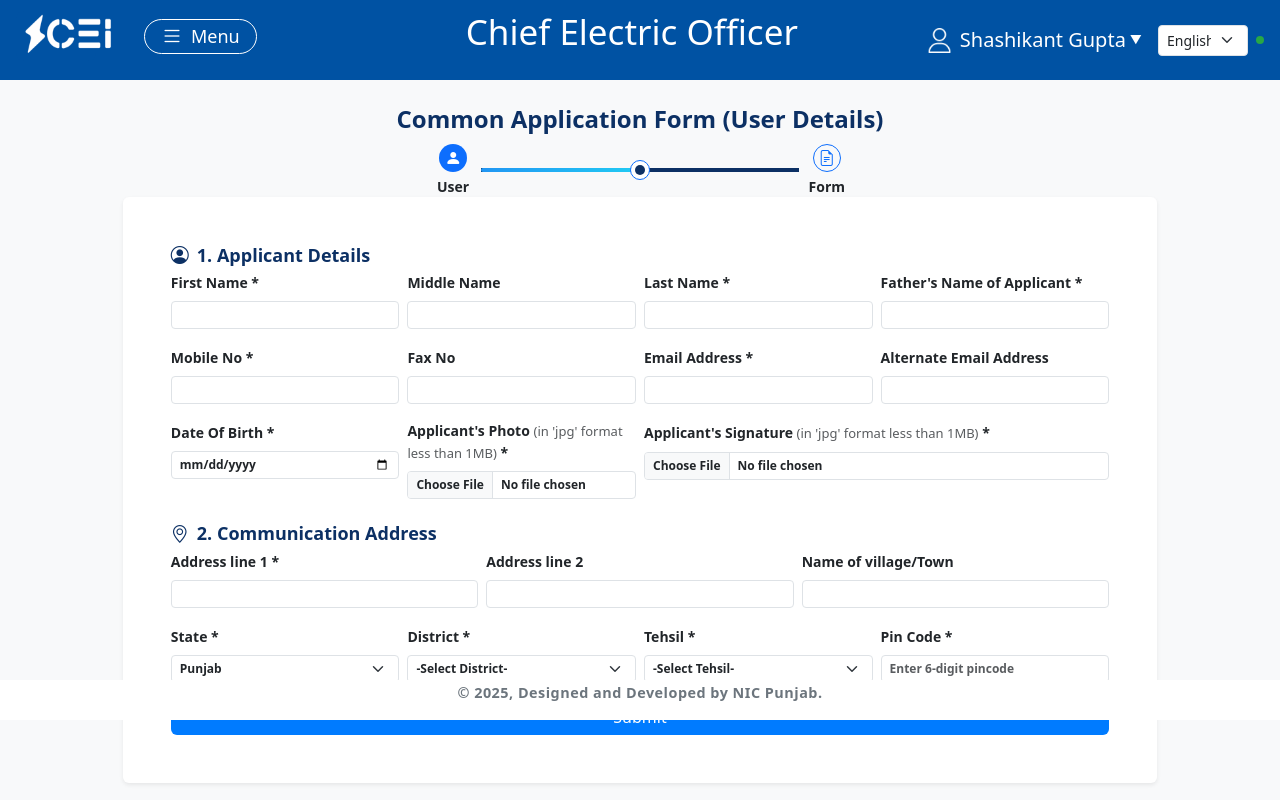
Repository: shashikantdev93-gif/CEI-sept
Page: /RegisterationForm
These files come from the project's save history. The page is drawn as it stood at one moment and after the next save; the edit follows.
The browser window is 1280 px wide. The pictures show the whole page.
The page's requests for data from a server got no answer. The project was rebuilt for these pictures with package versions that can differ from the ones it lists, and the page was loaded fresh each time. No one was signed in, and anything a server would have sent is missing. Also part of the build but not shown: vite.config.ts, src/styles/sidebar-zoom.css, src/components/PageComponent/Sidebar.tsx, src/components/PageComponent/Header2.tsx, src/components/PageComponent/PageHeader.tsx, src/components/Illustration/Illustration.tsx, src/components/CardContainer/CardContainer.tsx, src/hooks/useFormValidation.ts and 8 more. Imported but missing from the stored project, and not drawn on this page: src/components/ui.

Above is the page before, as saved 2025-07-28 08:51:52.

### src/index.css
:root {
  font-family: Inter, -apple-system, BlinkMacSystemFont, "Segoe UI", Roboto, "Helvetica Neue", Arial, sans-serif, "Apple Color Emoji", "Segoe UI Emoji", "Segoe UI Symbol";
  line-height: 1.5;
  font-weight: 400;

  color-scheme: light dark;
  color: rgba(255, 255, 255, 0.87);
  background-color: #242424;

  font-synthesis: none;
  text-rendering: optimizeLegibility;
  -webkit-font-smoothing: antialiased;
  -moz-osx-font-smoothing: grayscale;
}

a {
  font-weight: 500;
  color: #646cff;
  text-decoration: inherit;
}
a:hover {
  color: #535bf2;
}

/* Global Reset */
*, *::before, *::after {
  margin: 0;
  padding: 0;
  box-sizing: border-box;
}

html, body {
  margin: 0;
  padding: 0;
  width: 100%;
  height: 100%;
}

body {
  margin: 0;
  padding: 0;
}

h1 {
  font-size: 3.2em;
  line-height: 1.1;
}

button {
  border-radius: 8px;
  border: 1px solid transparent;
  padding: 0.6em 1.2em;
  font-size: 1em;
  font-weight: 500;
  font-family: inherit;
  background-color: #1a1a1a;
  cursor: pointer;
  transition: border-color 0.25s;
}
button:hover {
  border-color: #646cff;
}
button:focus,
button:focus-visible {
  outline: 4px auto -webkit-focus-ring-color;
}

@media (prefers-color-scheme: light) {
  :root {
    color: #213547;
    background-color: #ffffff;
  }
  a:hover {
    color: #747bff;
  }
  button {
    background-color: #f9f9f9;
  }
}

### src/App.tsx
import Router from "./router/router";
import './App.css'
import './styles/main.css'
import "bootstrap-icons/font/bootstrap-icons.css";

function App() {

  return <Router />;

}

export default App

### src/router/router.tsx

import { BrowserRouter as Router, Routes, Route } from "react-router-dom";
import BaseLayout from "../layouts/BaseLayout";
import Login from "../pages/login/login";
import Signup from "../pages/signup/signup";
import Register from "../pages/register/register";


const RouterPage = () => (
  <Router>
    <Routes>
      <Route path="/" element={<Login />} />
      <Route path="/login" element={<Login />} />
      <Route path="/signup" element={<Signup />} />
      <Route
        path="/RegisterationForm"
        element={
          <BaseLayout headerType="Header1">
            <Register />
          </BaseLayout>
        }
      />
    </Routes>
  </Router>
);

export default RouterPage;

### src/App.css
#root {
  margin: 0;
  padding: 0;
  width: 100%;
  height: 100%;
}

.logo {
  height: 6em;
  padding: 1.5em;
  will-change: filter;
  transition: filter 300ms;
}
.logo:hover {
  filter: drop-shadow(0 0 2em #646cffaa);
}
.logo.react:hover {
  filter: drop-shadow(0 0 2em #61dafbaa);
}

@keyframes logo-spin {
  from {
    transform: rotate(0deg);
  }
  to {
    transform: rotate(360deg);
  }
}

@media (prefers-reduced-motion: no-preference) {
  a:nth-of-type(2) .logo {
    animation: logo-spin infinite 20s linear;
  }
}

.card {
  padding: 2em;
}

.read-the-docs {
  color: #888;
}

### src/styles/main.css

/***************************/
  /***** Login Page *****/
/**************************/
.login-bg {
  background: linear-gradient(135deg, #f5f7fa 0%, #c3cfe2 100%);
  font-family: Inter, -apple-system, BlinkMacSystemFont, "Segoe UI", Roboto, "Helvetica Neue", Arial, sans-serif;
  width: 100vw;
  height: 100vh;
  margin: 0;
  padding: 2px;
}

.login-left {
  padding-left: 1.5rem !important;
  padding-right: 1.5rem !important;
  padding-top: .1rem !important;
  padding-bottom: .1rem !important;
}

.login-logo-box {
  height: 50px;
  margin-bottom: 30px;
  width: 110px;
  background-color: #0c3064;
  border-radius: 8px;
  display: flex;
  align-items: center;
}

.login-signup-link {
  text-decoration: none;
  font-size: 14px;
}

.login-divider {
  width: 1px;
  background: #e0e0e0;
  min-height: 5%;
  margin: 0 0px;
}

.login-right {
  background-color: #f8f9fa;
}


/******************************************/
/* Signup page logo box - desktop styles */
/*****************************************/

.signup-logo-box {
  height: 50px;
  margin-bottom: 30px;
  width: 75px;
  background-color: #0c3064;
  border-radius: 8px;
  display: flex;
  align-items: center;
}


.card-container {
  max-width: 1000px;
  min-width: 700px;
}

/*********************/
/* Registeration Page */
/*********************/
.registeration-bg {
  --bs-font-size-sm: 16px;
}

.registeration-bg .fw-semibold {
  font-weight: 700 !important;
}

.registeration-bg .small {
  font-size: 14px !important;
}

.registeration-bg .form-control,
.registeration-bg .form-select {
  font-size: 12px !important;
  font-weight: 700 !important;
}

.registeration-bg .text-muted {
  font-size: 13px !important;
  font-weight: 400 !important;
}

.registeration-bg h6 {
  font-size: 18px !important;
  font-weight: 700 !important;
}

.registeration-bg h4 {
  font-size: 24px !important;
  font-weight: 700 !important;
}

.registeration-logo-box {
  border-radius: 8px;
  display: flex;
  align-items: center;
  background-color: #0c3064;
  width:80px
}

@media (max-width: 575.98px) {

  .card-container {
    max-width: 100% !important;
    min-width: 100% !important;
    padding: 0.5rem !important;
  }


  .login-bg {
    padding: 8px !important;
  }


  .container .row .login-left,
  .container .row .col-md-7.login-left,
  div.row div.col-md-7 {
    padding: 0rem !important;
    max-width: 100% !important;
    flex: 0 0 100% !important;
    width: 100% !important;
    margin-left: 0 !important;
    margin-right: 0 !important;
    gap:15px;
  }


  .login-divider {
    display: none !important;
  }

  .container .row .login-right,
  .container .row .col-md-4.login-right,
  div.row div.col-md-4,
  .col-md-4.login-right {
    display: none !important;
    visibility: hidden !important;
    width: 0 !important;
    flex: 0 0 0% !important;
    max-width: 0 !important;
    overflow: hidden !important;
  }


  .login-logo-box {
    width: 100% !important;
    height: auto !important;
    margin-bottom: 20px !important;
    flex-direction: column !important;
    padding: 10px !important;
  }


  .login-logo-box .mb-4 {
    margin-bottom: 0 !important;
    flex-direction: column !important;
    align-items: center !important;
    text-align: center !important;
    gap: 20px !important;
  }


  .login-logo-box img {
    margin: 0 !important;
    margin-bottom: 8px !important;
  }


  .login-logo-box span {
    margin: 0 !important;
    text-align: center !important;
    font-size: 18px !important;
  }


  .login-logo-box div {
    flex-direction: column !important;
    align-items: center !important;
    text-align: center !important;
  }

  .login-logo-box div img {
    margin: 0 0 8px 0 !important;
  }

  .login-logo-box div span {
    margin: 0 !important;
    font-size: 20px !important;
    line-height: 1.2 !important;
    text-align: center !important;
    color: white !important;
  }


  .login-signup-link {
    font-size: 12px !important;
  }


  .card,
  .row {
    width: 100% !important;
    max-width: 100% !important;
  }

  [class*="col-md-4"] {
    display: none !important;
  }

  [class*="col-md-7"] {
    flex: 0 0 100% !important;
    max-width: 100% !important;
    width: 100% !important;
  }

  .signup-logo-box {
    width: 100% !important;
    height: 100px !important;
    margin-bottom: 20px !important;
    flex-direction: column !important;
    padding: 10px !important;
    margin-top: 10px;
  }

  .signup-logo-box .mb-4 {
    margin-bottom: 0 !important;
    flex-direction: column !important;
    align-items: center !important;
    text-align: center !important;
    gap: 20px !important;
  }

  .signup-logo-box img {
    margin: 0 !important;
    margin-bottom: 8px !important;
  }

  .signup-logo-box span {
    margin: 0 !important;
    text-align: center !important;
    font-size: 18px !important;
  }

  .signup-logo-box div {
    flex-direction: column !important;
    align-items: center !important;
    text-align: center !important;
  }

  .signup-logo-box div img {
    margin: 0 0 8px 0 !important;
  }

  .signup-logo-box div span {
    margin: 0 !important;
    font-size: 20px !important;
    line-height: 1.2 !important;
    text-align: center !important;
    color: white !important;
  }
}

@media (min-width: 576px) and (max-width: 768px) {
  .card-container {
    max-width: 90% !important;
    min-width: 600px;
  }

  .login-bg {
    padding: 4px;
  }

  .login-left {
    padding: 1.25rem !important;
    max-width: 65% !important;
    flex: 0 0 65% !important;
  }

  .login-logo-box {
    width: 70px;
    height: 45px;
    margin-bottom: 25px;
  }

  .login-right {
    max-width: 35% !important;
    flex: 0 0 35% !important;
  }
}

html, body {
  margin: 0;
  padding: 0;
  box-sizing: border-box;
}

*, *::before, *::after {
  box-sizing: border-box;
}

### src/layouts/BaseLayout.tsx
import React from 'react';
import Header1 from '../components/PageComponent/Header1';
import Header2 from '../components/PageComponent/Header2';

type HeaderType = 'Header1' | 'Header2' | 'none';

interface BaseLayoutProps {
  headerType?: HeaderType;
  children: React.ReactNode;
}

const BaseLayout: React.FC<BaseLayoutProps> = ({ headerType = 'Header1', children }) => {
  const headers: Record<Exclude<HeaderType, 'none'>, React.ReactElement> = {
    Header1: <Header1 />,
    Header2: <Header2 />,
  };

  return (
    <>
      {headerType !== 'none' && headers[headerType]}
      <main>{children}</main>
    </>
  );
};

export default BaseLayout;

### src/components/Logo/Logo.tsx
import React from "react";

interface LogoProps {
  title?: string;
  subtitle?: string;
  titleColor?: string;
}

const Logo: React.FC<LogoProps & { subtitleColor?: string }> = ({
  title = "Chief Electric ",
  subtitle = "Inspector",
  titleColor = "#0c3064",
  subtitleColor = "#0c3064",
}) => {
  return (
    <div className="mb-4 d-flex align-items-center">
      <img
        src="/assets/images/cei_logo.jpg"
        alt="Logo"
        style={{ height: "40px", width: "90px", marginTop: "20px", marginLeft: "8px" }}
      />
      <span className="fw-bold" style={{ fontSize: "27px", height: "30px", marginTop: "10px", marginLeft: "25px", color: titleColor, whiteSpace: "nowrap" }}>
        {title} <span style={{ color: subtitleColor }}>{subtitle}</span>
      </span>
    </div>
  );
};

export default Logo;

### src/components/Footer/Footer.tsx
import React from "react";

interface FooterProps {
  text?: string;
}

const Footer: React.FC<FooterProps> = ({
  text = "© 2025, Designed and Developed by NIC Punjab."
}) => {
  return (
    <div className="position-fixed bottom-0 w-100 text-center pb-3 bg-white" style={{ left: 0 }}>
      <span style={{ fontSize: '.9em', fontWeight: 800, color: '#6c757d', letterSpacing: '0.5px' }}>
        {text}
      </span>
    </div>
  );
};

export default Footer;

### src/utils/index.ts
export { default as authService } from './authService';
export * from './validators';
export * from './navigation';

### src/lib/index.ts
export { default as encryptionService } from './encryptionService';
export { default as API_CONFIG } from './config';

### src/utils/validators.ts

export interface ValidationResult {
  isValid: boolean;
  error?: string;
}

export class FormValidators {

  static required(value: string): ValidationResult {
    if (!value || value.trim().length === 0) {
      return {
        isValid: false,
        error: 'This field is required',
      };
    }
    return { isValid: true };
  }

static minLength(value: string, min: number): ValidationResult {
    if (value.length < min) {
      return {
        isValid: false,
        error: `Minimum length is ${min} characters`,
      };
    }
    return { isValid: true };
  }

static maxLength(value: string, max: number): ValidationResult {
    if (value.length > max) {
      return {
        isValid: false,
        error: `Maximum length is ${max} characters`,
      };
    }
    return { isValid: true };
  }

static email(value: string): ValidationResult {
    const emailRegex = /^[^\s@]+@[^\s@]+\.[^\s@]+$/;
    if (!emailRegex.test(value)) {
      return {
        isValid: false,
        error: 'Please enter a valid email address',
      };
    }
    return { isValid: true };
  }

static noSpaces(value: string): ValidationResult {
    const hasSpace = /\s/.test(value);
    if (hasSpace) {
      return {
        isValid: false,
        error: 'Spaces are not allowed',
      };
    }
    return { isValid: true };
  }

static username(value: string): ValidationResult {
    const requiredCheck = this.required(value);
    if (!requiredCheck.isValid) return requiredCheck;

    const minLengthCheck = this.minLength(value, 3);
    if (!minLengthCheck.isValid) return minLengthCheck;

    return { isValid: true };
  }

static password(value: string): ValidationResult {
    const requiredCheck = this.required(value);
    if (!requiredCheck.isValid) return requiredCheck;

    const minLengthCheck = this.minLength(value, 6);
    if (!minLengthCheck.isValid) return minLengthCheck;

    return { isValid: true };
  }

static captcha(value: string): ValidationResult {
    const requiredCheck = this.required(value);
    if (!requiredCheck.isValid) return requiredCheck;

    const lengthCheck = this.minLength(value, 4);
    if (!lengthCheck.isValid) return lengthCheck;

    const maxLengthCheck = this.maxLength(value, 4);
    if (!maxLengthCheck.isValid) return maxLengthCheck;

    return { isValid: true };
  }
}

### src/utils/navigation.ts

import type{ RoleName } from '../types';
import toast from 'react-hot-toast';

export class NavigationService {

  static getDashboardRoute(roleName: RoleName): string {
    let route: string;

    switch (roleName) {
      case 'CONS':
        route = '/dashboard';
        break;
      case 'XEN':
      case 'SUPP':
      case 'SDO':
      case 'CEI':
      case 'SUPT':
      case 'NDOF':
      case 'CLRK':
        route = '/dashboard/officer-dashboard';
        break;
      case 'ADMN':
        route = '/dashboard/admin-dashboard';
        break;
      case 'LICS':
        route = '/dashboard/license-dashboard';
        break;
      default:
        route = '/dashboard';
        break;
    }

    return route;
  }

static checkUserProfileStatus(userProfileId: string, projectSiteId: string, roleName: RoleName): string | null {
    console.log('NavigationService.checkUserProfileStatus called with:');
    console.log('  - userProfileId:', userProfileId, 'type:', typeof userProfileId);
    console.log('  - projectSiteId:', projectSiteId, 'type:', typeof projectSiteId);
    console.log('  - roleName:', roleName);

    // Only redirect to registration form if userProfileId is "0"
    if (userProfileId === "0") {
      const route = '/CommonApplicationFormUserDetails';
      console.log('NavigationService - userProfileId is "0", returning registration route:', route);
      return route;
    }

    if (userProfileId !== "0" && projectSiteId === "0") {
      const route = '/CommonApplicationFormEstablished';
      console.log('NavigationService - userProfileId filled but projectSiteId is "0", returning established form route:', route);
      return route;
    }

    // For all other cases, return null to allow normal navigation
    console.log('NavigationService - userProfileId is not "0", allowing normal navigation');
    return null;
  }
}
export class ToastService {
  static success(message: string): void {
    toast.success(message, {
      duration: 3000,
      position: 'top-right',
    });
  }

  static error(message: string): void {
    toast.error(message, {
      duration: 4000,
      position: 'top-right',
    });
  }

  static warning(message: string): void {
    toast(message, {
      icon: '⚠️',
      duration: 3000,
      position: 'top-right',
    });
  }

  static info(message: string): void {
    toast(message, {
      icon: 'ℹ️',
      duration: 3000,
      position: 'top-right',
    });
  }
}

### src/lib/encryptionService.ts
import * as forge from 'node-forge';
import * as CryptoJS from 'crypto-js';

class EncryptionService {
  private publicKeyPem: string;
  private ki: string;
  private iv: string;

  constructor() {
    this.publicKeyPem = `-----BEGIN PUBLIC KEY-----
MIIBIjANBgkqhkiG9w0BAQEFAAOCAQ8AMIIBCgKCAQEAwjsOR/w7ExDCRyZyrGVW
xkiJDBaIoNHYABOnpctmmcKA+G0oEWsBhOsmI98Tsx6w47Bwokc43aulzyw2phiV
h0+lU+kno9mnrxzfRCJWwknK7tfkY2ZfkizyLJZQljqX4o7r14y5BAEMgUWiN3Xt
Vrs0fgyw954To+G/803gsaaodbr4CVUDOaLnWAn3mjSKLfU3cK9Bug59AObhcwsM
lVKA72JF2wC4IERMGgCbRjgISSjpLmaEmF8IOLfFneQY+8QDlu80ob7mA/JV74dD
vr7UlGZ+bwKx6rz7Mg7nWRUvgR5RKsZh/muyeVi4pBwuAlehblQ9FnjR6YM/4eB1
+QIDAQAB
-----END PUBLIC KEY-----`;

    this.ki = 'ruX(aPP4X1sL9LnvA2M^a$K17mKZS6LC';
    this.iv = 'VcHa4Mn*gUvDujnN';
  }

setForm(data: string): { encryptedData1: string, encryptedData2: string, encryptedData3: string } {
    const aesKey = forge.random.getBytesSync(32);
    const iv = forge.random.getBytesSync(16);
    const cipher = forge.cipher.createCipher('AES-CBC', aesKey);
    cipher.start({ iv: iv });
    cipher.update(forge.util.createBuffer(data, 'utf8'));
    cipher.finish();
    const encryptedData1 = forge.util.encode64(cipher.output.getBytes());
    const rsa = forge.pki.publicKeyFromPem(this.publicKeyPem);
    const encryptedData2 = forge.util.encode64(rsa.encrypt(aesKey, 'RSA-OAEP', { md: forge.md.sha256.create() }));
    const encryptedData3 = forge.util.encode64(iv);
    const result = { encryptedData1, encryptedData2, encryptedData3 };
    return result;
  }

set(value: string): string {
    const key = CryptoJS.enc.Utf8.parse(this.ki);
    const iv = CryptoJS.enc.Utf8.parse(this.iv);
    const encrypted = CryptoJS.AES.encrypt(
      CryptoJS.enc.Utf8.parse(value.toString()),
      key,
      {
        keySize: 128 / 8,
        iv: iv,
        mode: CryptoJS.mode.CBC,
        padding: CryptoJS.pad.Pkcs7,
      }
    );

    const result = encrypted.toString();
    return result;
  }

get(value: string): string {
    const key = CryptoJS.enc.Utf8.parse(this.ki);
    const iv = CryptoJS.enc.Utf8.parse(this.iv);
    const decrypted = CryptoJS.AES.decrypt(value, key, {
      keySize: 128 / 8,
      iv: iv,
      mode: CryptoJS.mode.CBC,
      padding: CryptoJS.pad.Pkcs7,
    });

    const result = decrypted.toString(CryptoJS.enc.Utf8);
    return result;
  }

decrypt(value: string): string {
    return this.get(value);
  }

encrypt(value: string): string {
    return this.set(value);
  }

debugEncryption = (value: string) => {
const encrypted = this.set(value);
console.log('🔐 [ENCRYPTION-DEBUG] Input:', value);
console.log('🔐 [ENCRYPTION-DEBUG] Output:', encrypted);
console.log('🔐 [ENCRYPTION-DEBUG] Output length:', encrypted.length);
console.log('🔐 [ENCRYPTION-DEBUG] Contains Base64 chars:', /[+/=]/.test(encrypted));
return encrypted;
};

}


const encryptionService = new EncryptionService();

export default encryptionService;

### src/lib/config.ts

const API_CONFIG = {
  BASE_URL: import.meta.env.VITE_API_URL || 'http://localhost:5143/api',

  ENDPOINTS: {
    AUTH: {
      LOGIN: '/Auth/Login',
      CAPTCHA: '/Auth/GetCaptchaImage',
      LOGOUT: '/Auth/Logout',
      REFRESH_TOKEN: '/Auth/RefreshToken',
    },
    USER: {
      PROFILE: '/User/Profile',
      UPDATE_PROFILE: '/User/UpdateProfile',
    },
  },

  TIMEOUT: 30000,

  DEFAULT_HEADERS: {
    'Content-Type': 'application/json',
    'Accept': 'application/json',
  },
};

export default API_CONFIG;

Loaded but not shown: index.html (common file); src/main.tsx (common file); src/pages/register/register.tsx (298 lines, source omitted); src/lib/interceptor.ts (340 lines, source omitted); src/hooks/useAuth.ts (214 lines, source omitted); src/utils/authService.ts (191 lines, source omitted); src/components/PageComponent/Header1.tsx (133 lines, source omitted)

After the next save:
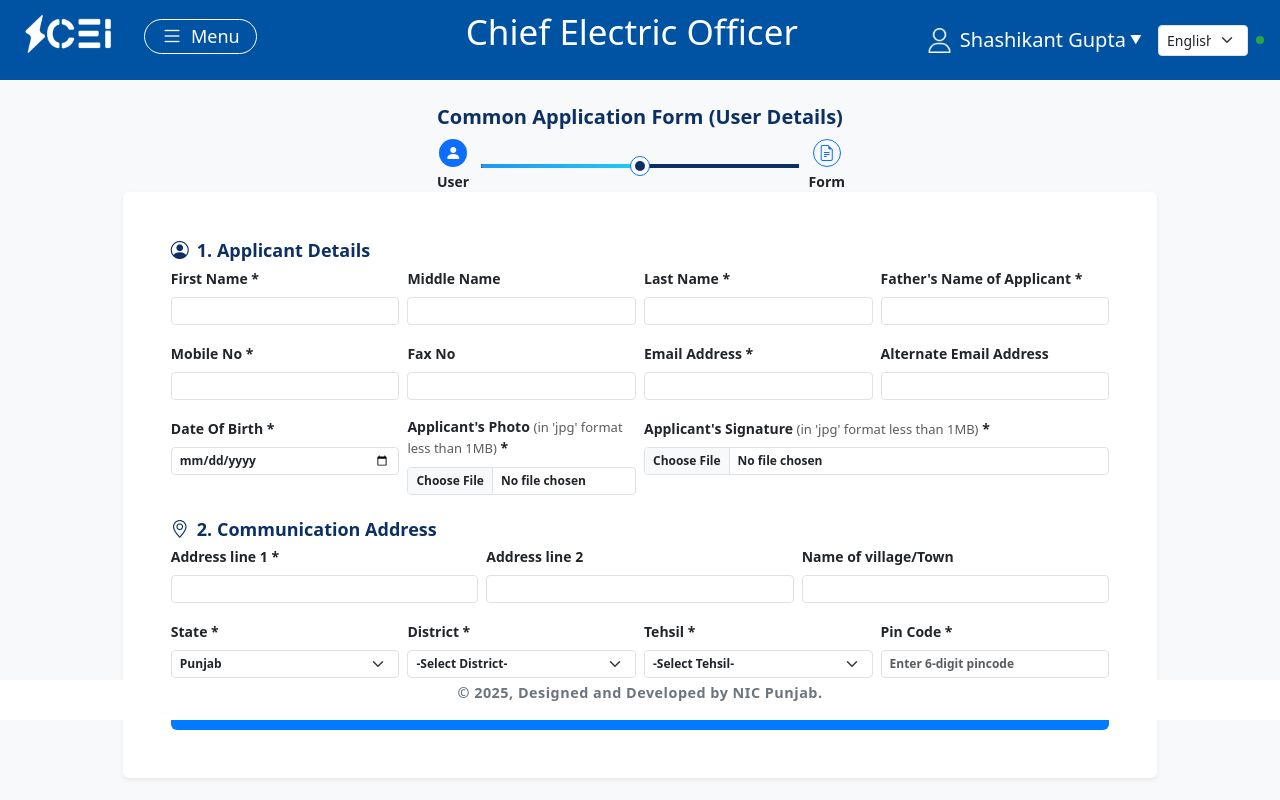
Saved 41 s later.
--- a/src/styles/main.css
+++ b/src/styles/main.css
@@ -97,7 +97,7 @@
 }
 
 .registeration-bg h4 {
-  font-size: 24px !important;
+  font-size: 20px !important;
   font-weight: 700 !important;
 }
 
